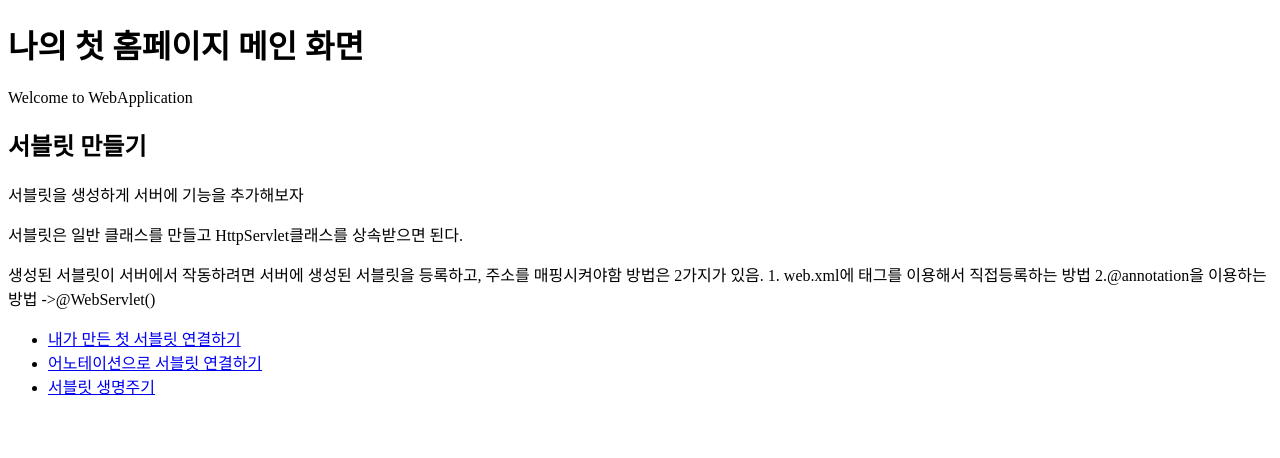
Repository: Jiwon-cho/WASPractice
Page: 01_basicservlet/web/index.html
The author's editor kept a copy of each file at every save. The page is drawn from the files as they stood at one save, then again after the next save.
The browser window is 1280 px wide. The pictures show the whole page.

Above is the page before, as saved 2021-04-30 07:13:04.

After the next save:
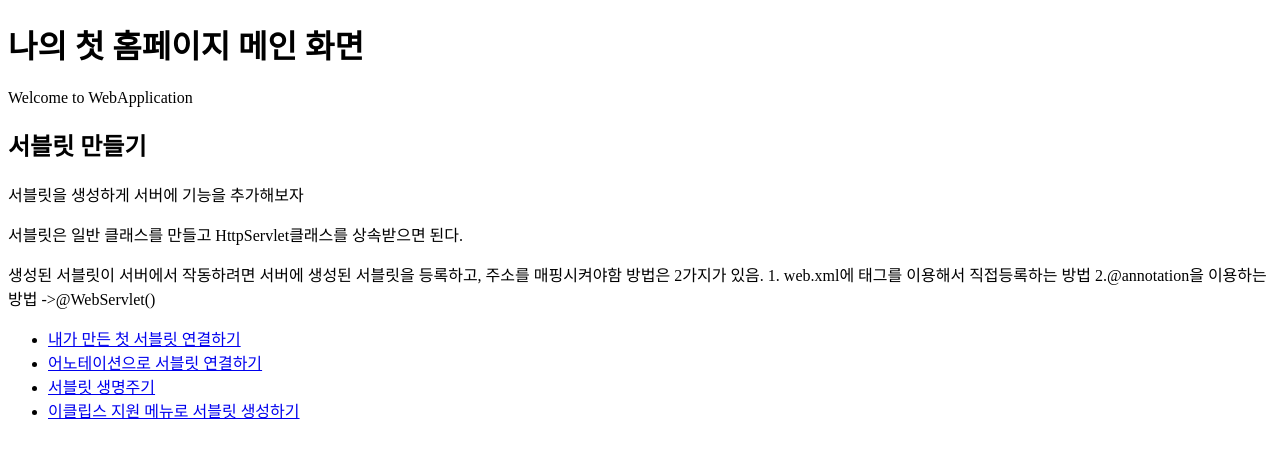
Saved 3 min 33 s later.
--- a/01_basicservlet/web/index.html
+++ b/01_basicservlet/web/index.html
@@ -20,6 +20,8 @@
 	<li><a href="test">내가 만든 첫 서블릿 연결하기</a>
 	<li><a href="anno">어노테이션으로 서블릿 연결하기</a></li>
 	<li><a href="life.do">서블릿 생명주기</a></li>
+	<li><a href="menuservlet.do">이클립스 지원 메뉴로 서블릿 생성하기</a></li>
+
 	</ul>
 
 
